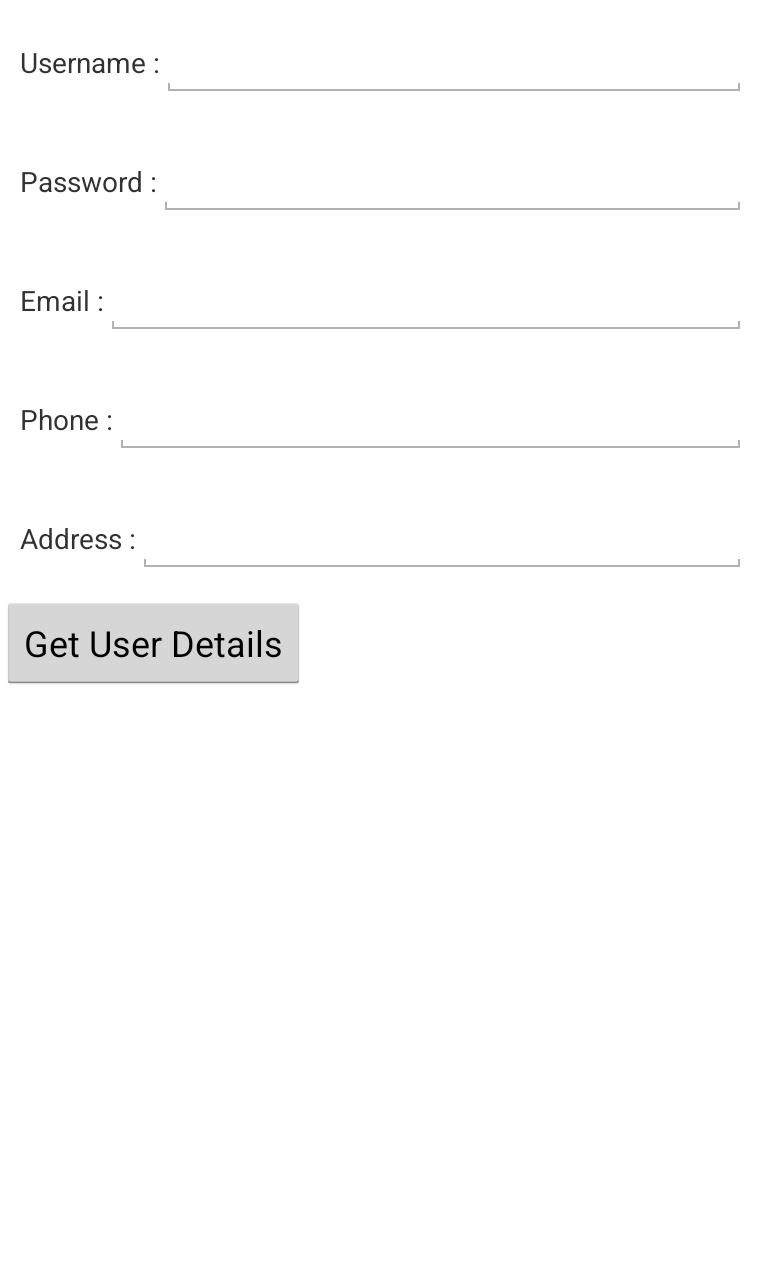
Repository: LakshmiKalyani93/AndroidTraining
Layout: UserInfo/res/layout/info.xml
An editor plug-in stored every save of this project. The layout is shown before and after the next save, followed by the edit.
It is drawn on a 768 x 1280 px phone screen (xhdpi) without system bars, with theme AppTheme; the app's code is not run.

Above is the layout before, as saved 2014-09-09 08:44:08.

### UserInfo/res/layout/info.xml
<?xml version="1.0" encoding="utf-8"?>
<LinearLayout xmlns:android="http://schemas.android.com/apk/res/android"
    android:layout_width="match_parent"
    android:layout_height="match_parent"
    android:orientation="vertical"
    >

    <LinearLayout
        android:id="@+id/user_layout"
        android:layout_width="match_parent"
        android:layout_height="wrap_content"
        android:padding="10dp" >

        <TextView
            android:id="@+id/user_txt"
            android:layout_width="wrap_content"
            android:layout_height="wrap_content"
            android:text="@string/username" />

        <EditText
            android:id="@+id/user_edt"
            android:layout_width="match_parent"
            android:layout_height="wrap_content"
            android:inputType="text" />
    </LinearLayout>

    <LinearLayout
        android:id="@+id/pwd_layout"
        android:layout_width="match_parent"
        android:layout_height="wrap_content"
        android:padding="10dp" >

        <TextView
            android:id="@+id/pwd_txt"
            android:layout_width="wrap_content"
            android:layout_height="wrap_content"
            android:text="@string/pwd" />

        <EditText
            android:id="@+id/pwd_edt"
            android:layout_width="match_parent"
            android:layout_height="wrap_content"
            android:inputType="text"
            android:password="true" />
    </LinearLayout>
    <LinearLayout
        android:id="@+id/email_layout"
        android:layout_width="match_parent"
        android:layout_height="wrap_content"
        android:padding="10dp" >

        <TextView
            android:id="@+id/email_txt"
            android:layout_width="wrap_content"
            android:layout_height="wrap_content"
            android:text="@string/email" />

        <EditText
            android:id="@+id/email_edt"
            android:layout_width="match_parent"
            android:layout_height="wrap_content"
            android:inputType="text" />
    </LinearLayout>
    <LinearLayout
        android:id="@+id/phn_layout"
        android:layout_width="match_parent"
        android:layout_height="wrap_content"
        android:padding="10dp" >

        <TextView
            android:id="@+id/phn_txt"
            android:layout_width="wrap_content"
            android:layout_height="wrap_content"
            android:text="@string/phn" />

        <EditText
            android:id="@+id/phn_edt"
            android:layout_width="match_parent"
            android:layout_height="wrap_content"
            android:inputType="text" />
    </LinearLayout>
    <LinearLayout
        android:id="@+id/address_layout"
        android:layout_width="match_parent"
        android:layout_height="wrap_content"
        android:padding="10dp" >

        <TextView
            android:id="@+id/address_txt"
            android:layout_width="wrap_content"
            android:layout_height="wrap_content"
            android:text="@string/address" />

        <EditText
            android:id="@+id/address_edt"
            android:layout_width="match_parent"
            android:layout_height="wrap_content"
            android:inputType="text" />
    </LinearLayout>

    <Button
        android:id="@+id/user_btn"
        android:layout_width="wrap_content"
        android:layout_height="wrap_content"
        android:text="@string/user"
        android:gravity="center"/>

</LinearLayout>

### UserInfo/res/values/strings.xml
<resources>

    <string name="app_name">UserInfo</string>
    <string name="user">Get User Details</string>
        <string name="username">Username : </string>
        <string name="pwd">Password : </string>
        <string name="email">Email : </string>
        <string name="phn">Phone : </string>
        <string name="address">Address : </string>



</resources>

Loaded but not shown: UserInfo/res/values/styles.xml (common file); UserInfo/res/values-v11/styles.xml (common file); UserInfo/res/values-v14/styles.xml (common file)

After the next save:
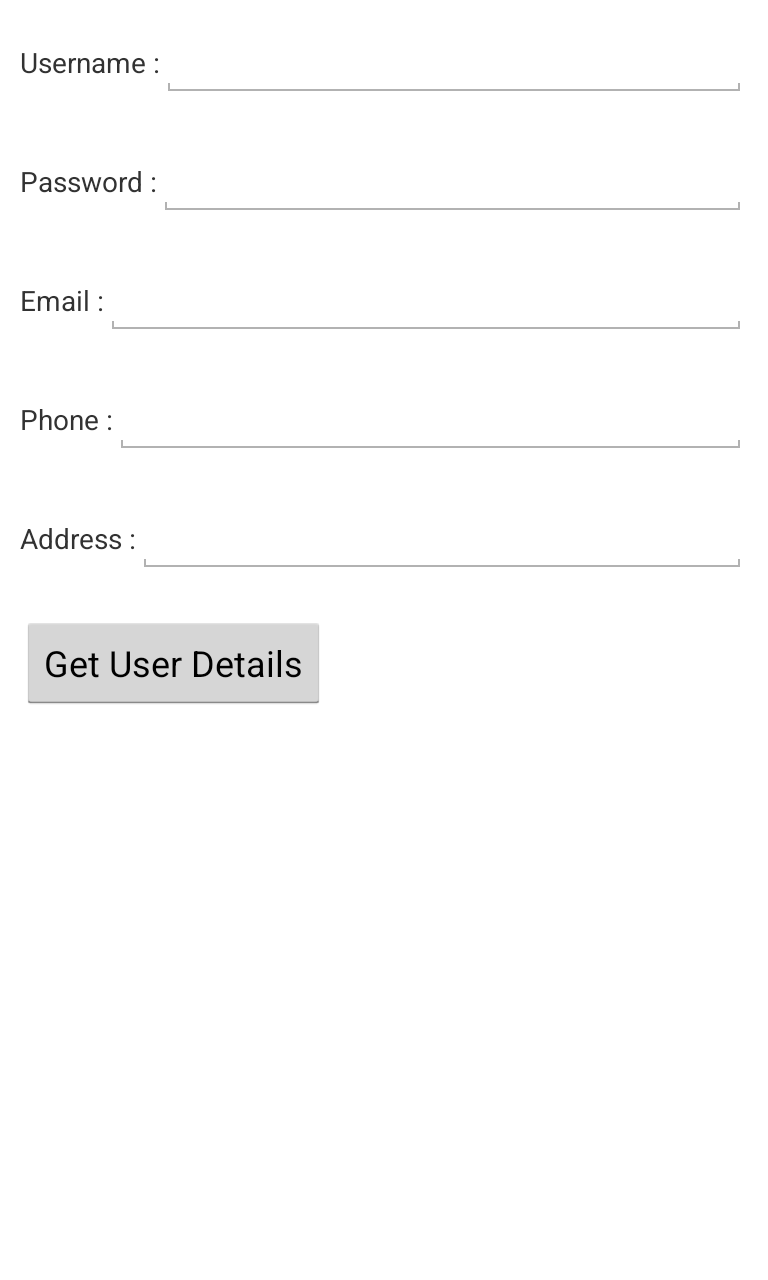
Saved 59 s later.
--- a/UserInfo/res/layout/info.xml
+++ b/UserInfo/res/layout/info.xml
@@ -3,6 +3,7 @@
     android:layout_width="match_parent"
     android:layout_height="match_parent"
     android:orientation="vertical"
+
     >
 
     <LinearLayout
@@ -103,6 +104,7 @@
         android:layout_width="wrap_content"
         android:layout_height="wrap_content"
         android:text="@string/user"
-        android:gravity="center"/>
+        android:layout_margin="10dp"
+        />
 
 </LinearLayout>
